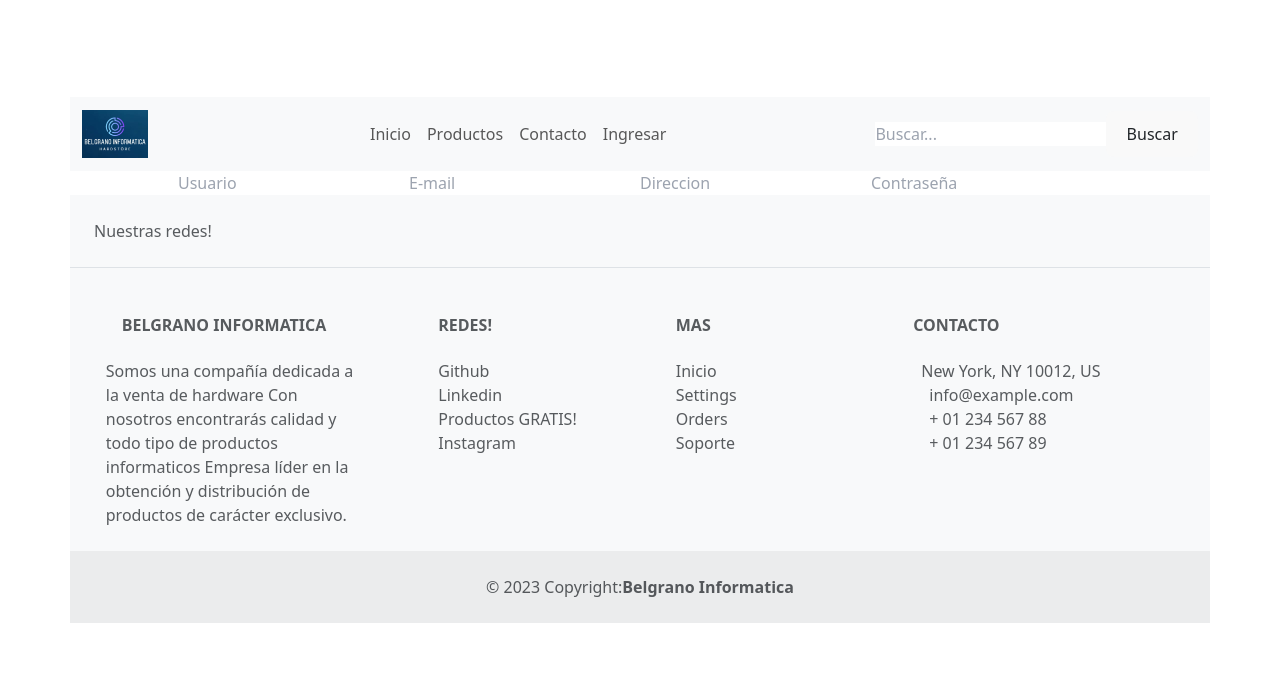
Repository: QuimeyAlejo/Belgrano-Front
Page: /register
The author's editor kept a copy of each file at every save. The page is drawn from the files as they stood at one save, then again after the next save.
The browser window is 1280 px wide. The pictures show the whole page.
The project was rebuilt for these pictures with package versions that can differ from the ones it lists, and the page was loaded fresh each time. Also part of the build but not shown: vite.config.js, src/components/CSS/card.css, src/components/home/card.jsx, src/components/filter/paginado.jsx, src/components/home/products.jsx, src/components/Cloudinary.jsx, src/components/Detail/detail.jsx, src/components/login/login.css and 1 more.

Above is the page before, as saved 2023-08-14 17:29:32.

After the next save:
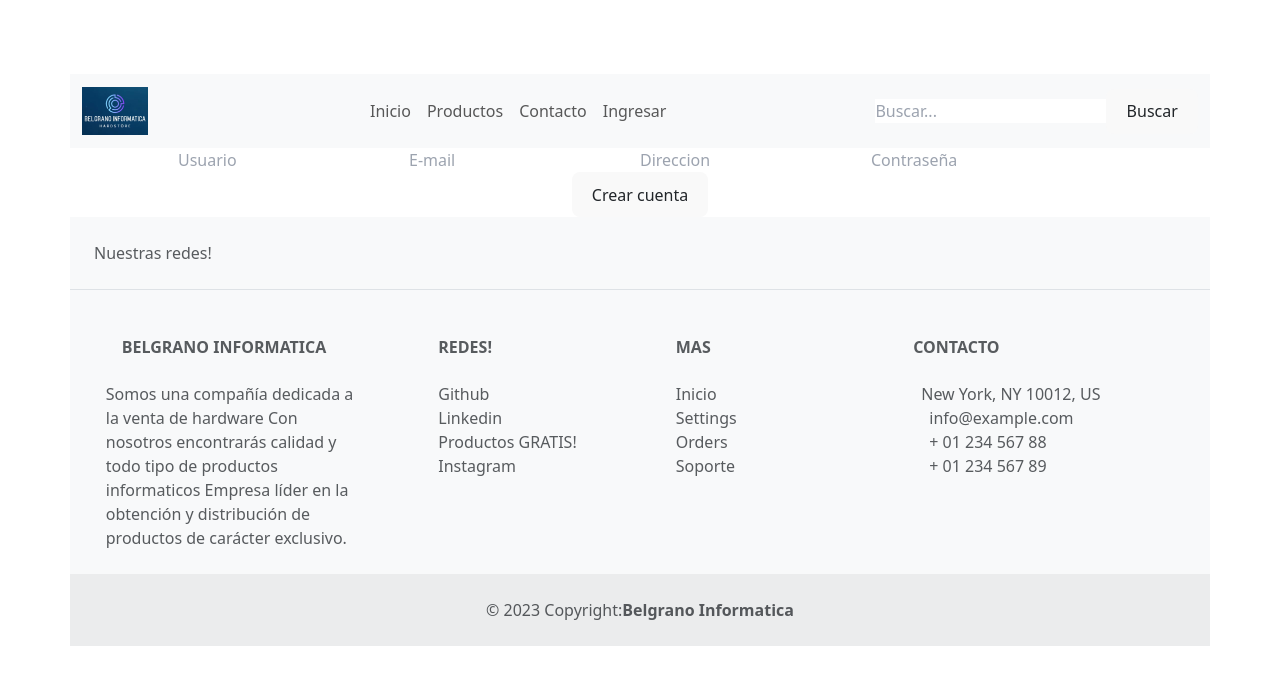
Saved 21 s later.
--- a/src/components/login/register.jsx
+++ b/src/components/login/register.jsx
@@ -41,6 +41,7 @@ export default function register() {
             onChange={(e) => setPassword(e.target.value)}
           />
         </form>
+        <button>Crear cuenta</button>
     </div>
   )
 }
